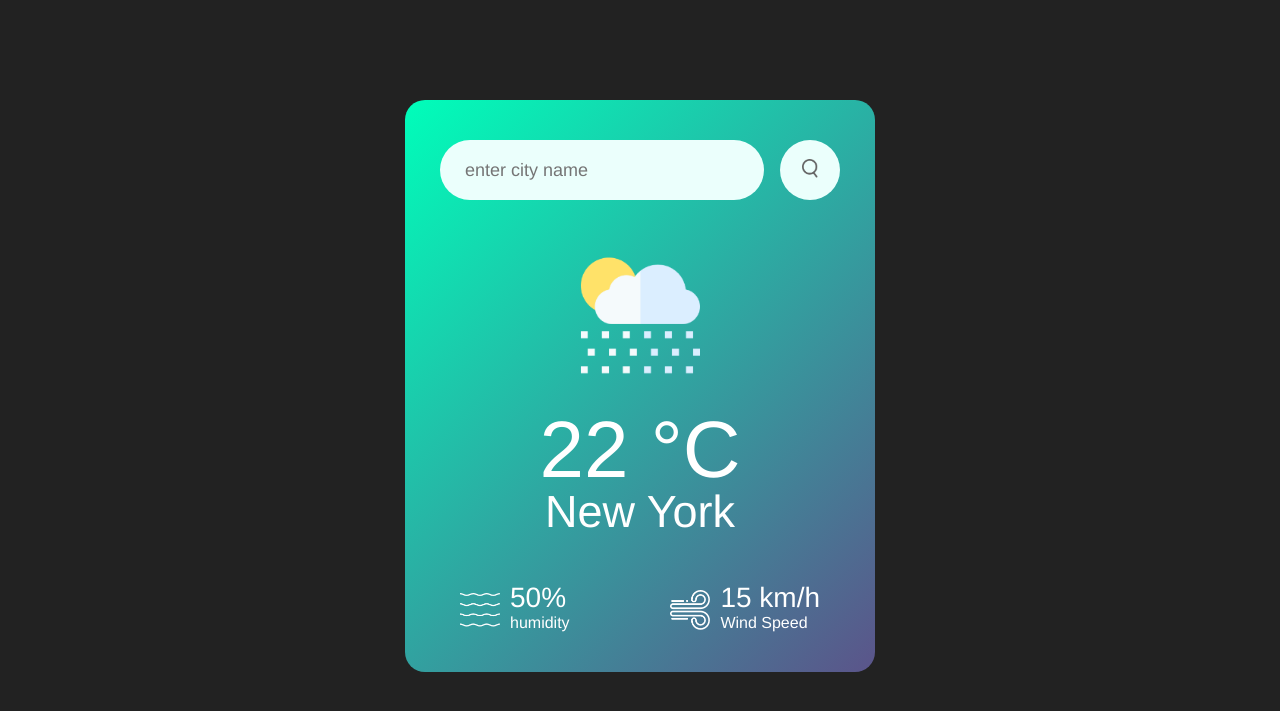
Repository: sodmaq/weatherApp
Page: index.html
The author's editor kept a copy of each file at every save. The page is drawn from the files as they stood at one save, then again after the next save.
The browser window is 1280 px wide. The pictures show the whole page.

Above is the page before, as saved 2023-06-25 14:14:05.

After the next save:
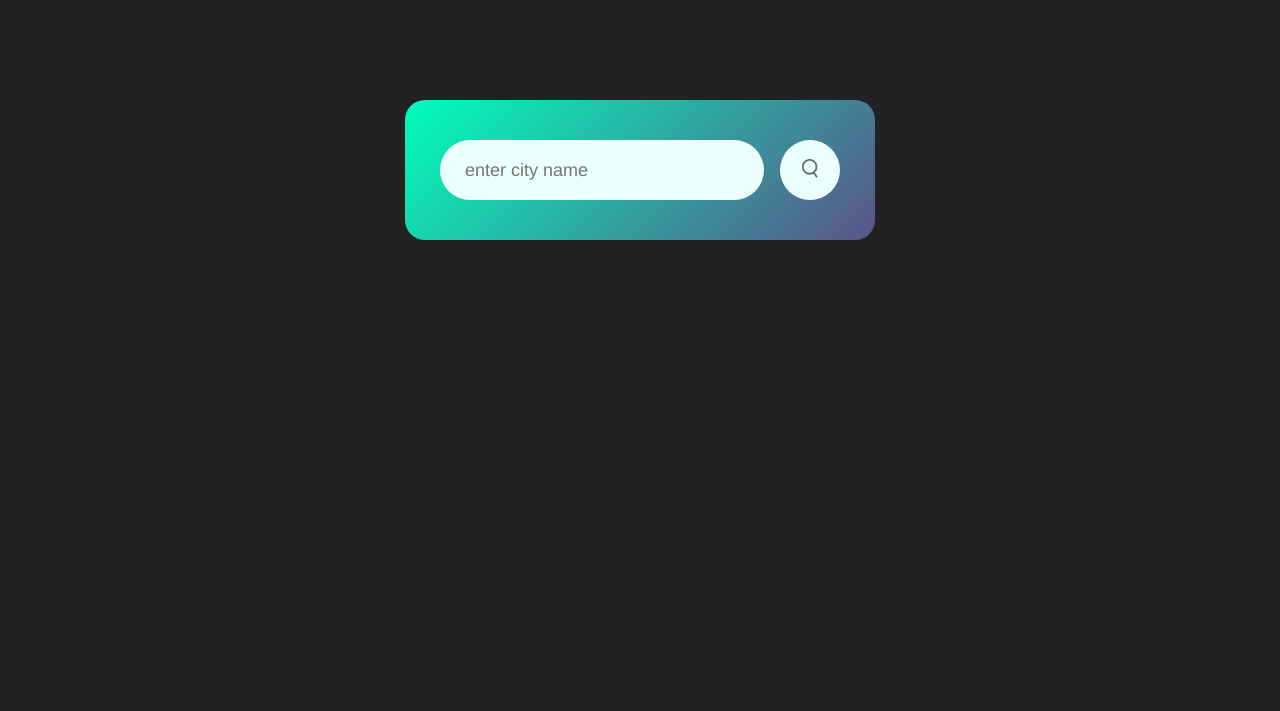
Saved 5 s later.
--- a/style.css
+++ b/style.css
@@ -95,5 +95,5 @@ body {
   margin-top: -6px;
 }
 .weather{
-  disp
+  display: none;
 }
